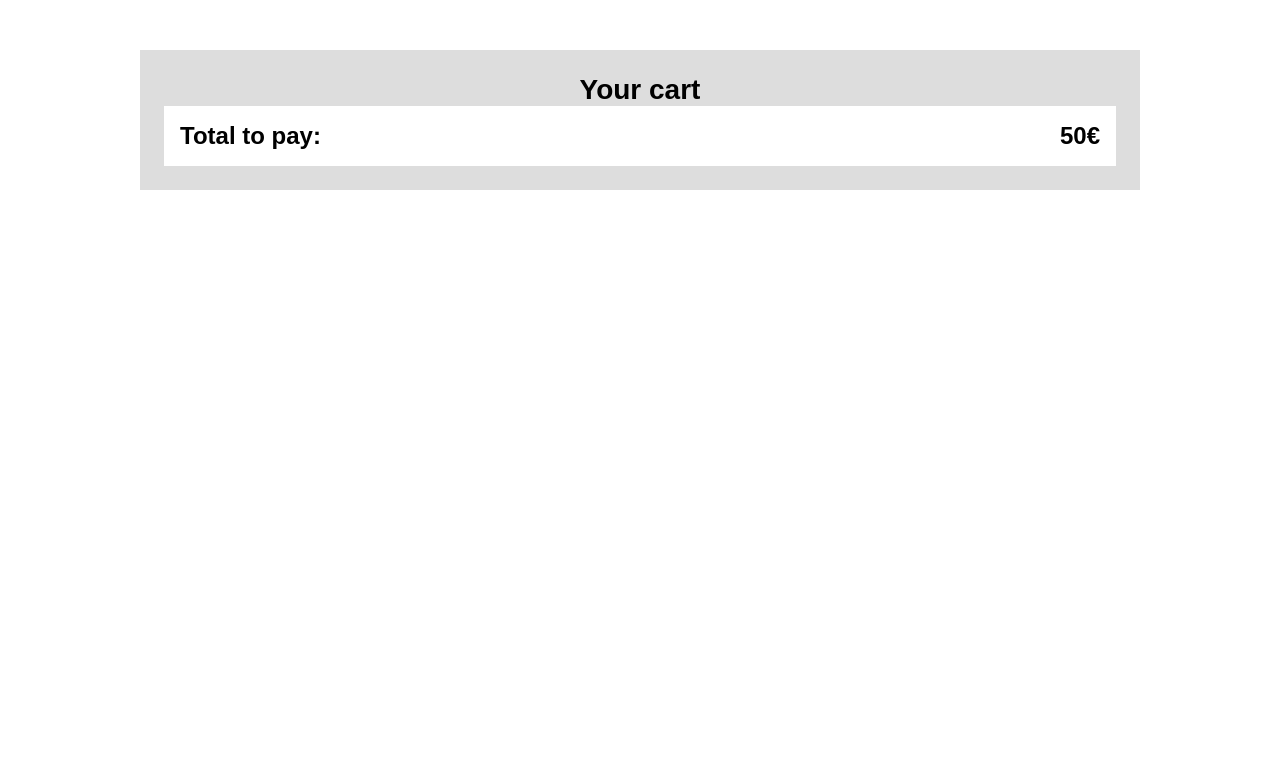
Repository: kcvijay/cart-discoutcodes
Page: /
An editor plug-in stored every save of this project. The page is shown before and after the next save, followed by the edit.
The browser window is 1280 px wide. The pictures show the whole page.
The project was rebuilt for these pictures with package versions that can differ from the ones it lists, and the page was loaded fresh each time.

Above is the page before, as saved 2023-05-17 11:26:06.

### public/index.html
<!DOCTYPE html>
<html lang="en">
  <head>
    <meta charset="utf-8" />
    <link rel="icon" href="%PUBLIC_URL%/favicon.ico" />
    <meta name="viewport" content="width=device-width, initial-scale=1" />
    <meta name="theme-color" content="#000000" />
    <meta
      name="description"
      content="Discount Codes searching, fetching and enabling for the cart system."
    />
    <link rel="apple-touch-icon" href="%PUBLIC_URL%/logo192.png" />
    <link rel="manifest" href="%PUBLIC_URL%/manifest.json" />
    <title>Discount Codes for Cart</title>
  </head>
  <body>
    <noscript>You need to enable JavaScript to run this app.</noscript>
    <div id="root"></div>

  </body>
</html>

### src/index.css
* {
  margin: 0;
  padding: 0;
  box-sizing: border-box;
  scroll-behavior: smooth;
}

body {
  max-width: 100vw;
  min-height: 100vh;
  font-family: Arial, Helvetica, sans-serif;
}

.main-wrapper {
  max-width: 1000px;
  min-height: auto;
  background-color: #ddd;
  margin: 50px auto;
  padding: 1.5rem;
}

.content-header {
  font-size: 1.75rem;
}

.detail-block {
  display: flex;
  justify-content: space-between;
  padding: 1rem;
  background: #fff;
}

### src/App.tsx
import React from "react";
import "./App.css";
import CartInput from "./CartInput";

function App() {
  return (
    <div className="App">
      <CartInput />
    </div>
  );
}

export default App;

### src/CartInput.tsx
import React from "react";

const CartInput = () => {
  return (
    <div className="main-wrapper">
      <h2 className="content-header">Your cart</h2>
      <div className="detail-block">
        <h2>Total to pay:</h2>
        <h2>{"50€"}</h2>
      </div>
    </div>
  );
};

export default CartInput;

Loaded but not shown: src/index.tsx (common file); src/reportWebVitals.ts (common file); src/App.css (common file)

After the next save:
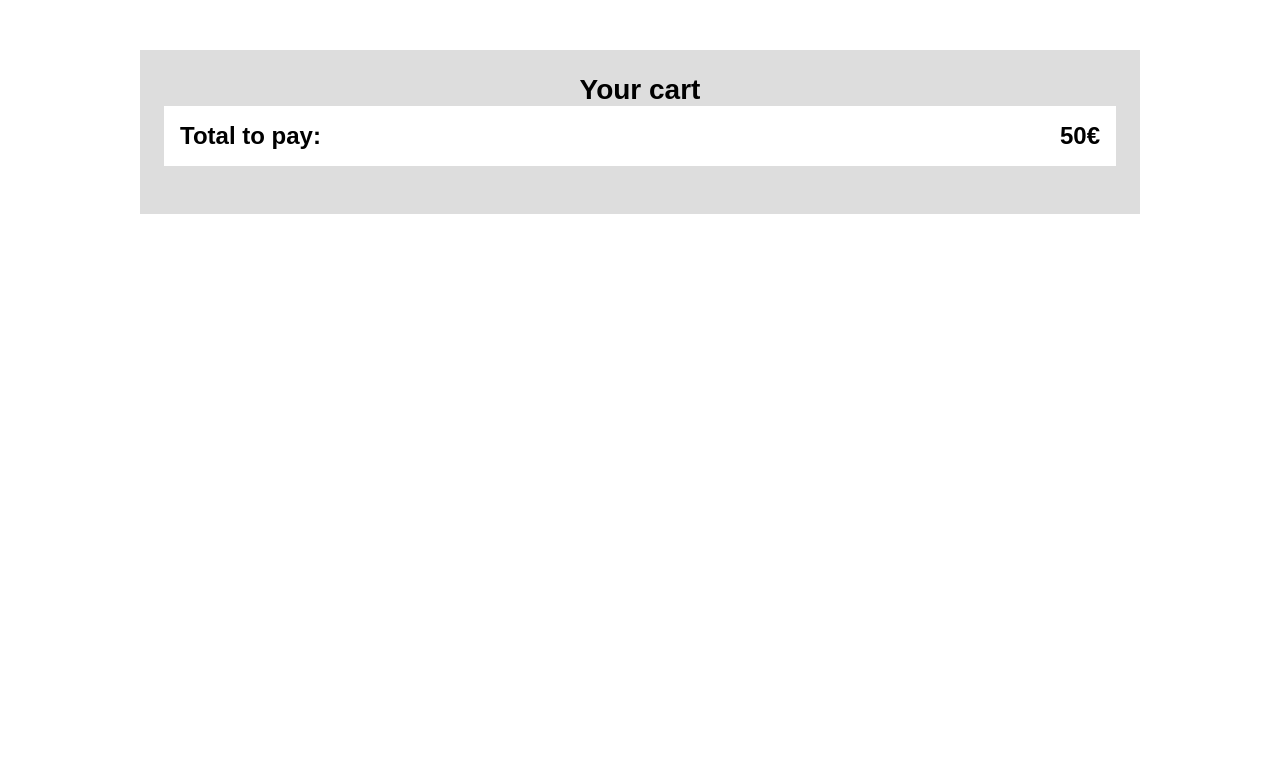
Saved 12 s later.
--- a/src/index.css
+++ b/src/index.css
@@ -28,4 +28,5 @@ body {
   justify-content: space-between;
   padding: 1rem;
   background: #fff;
+  margin-bottom: 1.5rem;
 }
